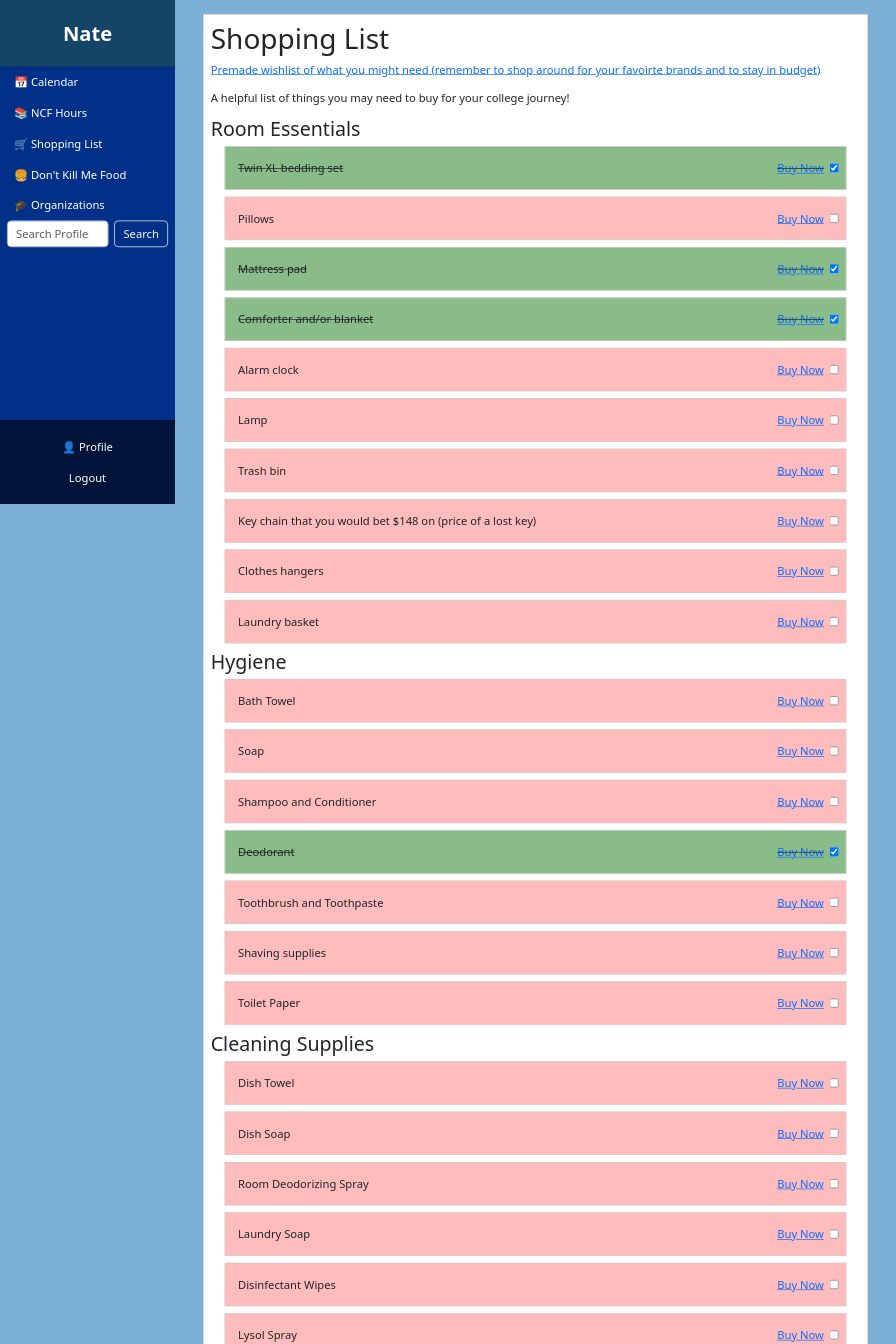
Repository: NateClarkTech/SoftwareEngineeringProject2
Page: http://localhost/shoppinglist/
An editor plug-in stored every save of this project. The page is shown before and after the next save, followed by the edit.
The browser window is 1280 px wide. The pictures show the part of the page from y = 0 to 1920 px (the page is 4171 px tall), at 70% of full size.
The page is served by the project's application, run on Django 5.2 (manage.py). The first stored user is signed in. Other server files are loaded and not shown. The page reads the database file committed with the project.

Above is the page before, as saved 2024-03-12 17:50:03.

### ShoppingList/templates/shoppinglist.html
{% extends 'base.html' %}

{% load static %}

{% block title %}Shopping List{% endblock %}

{% block extendHeader %}
<style>
    .item-box {
        border: 1px solid #ccc;
        padding: 10px;
        margin-bottom: 10px;
        margin-left: 20px;
        margin-right: 20px;
        background-color: white;
    }

    .checked {
        text-decoration: line-through;
        background-color: #8abc8a;
    }

    .not-checked {
        text-decoration: none;
        background-color: #ffbcbc;
    }
</style>
{% endblock %}

{% block content %}
<div class="align-items-center">
    {% if user.is_authenticated %}
    <div class="item-box">
        <h1>Shopping List</h1>
        <a href="https://www.amazon.com/hz/wishlist/ls/1MYC1SQ5AHTOC?ref_=wl_share" target="_blank">Premade wishlist of what you might need (remember to shop around for your favoirte brands and to stay in budget)</a>
        <p class="pt-3">A helpful list of things you may need to buy for your college journey!</p>

        {% for category in itemCategories %}
            <h3>{{ category }}</h3>
            {% for item in shoppingItems %}
                {% if item.category == category %}
                    <div class="item-box d-flex {% if item.checked %}checked{%else%}not-checked{% endif %}">
                        <label for="item-{{ forloop.counter }}" class="flex-grow-1 p-2">{{ item.name }}</label>
                        <a href="{{ item.url }}" target="_blank" class="p-2">Buy Now</a>
                        <input type="checkbox" id="item-{{ forloop.counter }}" class="p-2" {% if item.checked %}checked{% endif %}>
                    </div>
                {% endif %}
            {% endfor %}
        {% endfor %}
    </div>
    {% else %}
    <p>You are not logged in</p>
    {% endif %}
</div>
{% endblock %}

{% block scripts %}
    <script src={% static '/js/shoppinglist.js' %}></script>
{% endblock %}

### ShoppingList/models.py
from django.db import models
from django.contrib.auth.models import User

class ShoppingListCategory(models.Model):
    name = models.CharField(max_length=200)

    def __str__(self):
        return self.name

class ShoppingListItem(models.Model):
    user = models.ForeignKey(User, on_delete=models.CASCADE)
    name = models.CharField(max_length=200)
    category = models.ForeignKey(ShoppingListCategory, on_delete=models.CASCADE)
    url = models.URLField(max_length=200)
    checked = models.BooleanField(default=False)

    def __str__(self):
        return self.user.username + " - " + self.name

### Leaderboard/urls.py
from django.urls import path
from . import views
#https://www.reddit.com/r/django/comments/13hknj7/my_project_doesnt_recognize_the_urls_from_one_of/
urlpatterns = [
    path('', views.checklist, name='checklist'),
    path('checklist/', views.checklist, name='checklist'),
    path('update_checklist/', views.update_checklist, name='update_checklist'),
    path('reset-tasks', views.reset_tasks),
    path('leaderboard/', views.leaderboard_view, name='leaderboard'),

]

### Profile/urls.py

from django.urls import path
from . import views
from django.conf import settings
from django.conf.urls.static import static
from django.contrib.auth import views as auth_views
# Got a lot of help from herehttps://www.reddit.com/r/django/comments/hfh1qc/namespace_is_not_a_registered_namespace/
# https://forum.djangoproject.com/t/django-urls-exceptions-noreversematch-is-not-a-registered-namespace/1876/2
#https://forum.djangoproject.com/t/redirect-to-a-different-app/9086
# And GPT helped me fix everything

app_name = 'Profile'

urlpatterns = [

    path('profile/', views.profile, name='profile'),  # For the logged-in user's profile
    path('profile/<str:username>/', views.public_profile, name='public_profile'),  # For viewing other users' profiles
    path('search/', views.search_profiles, name='search_profiles'),

        # Login/logout stuff
    path('login/', auth_views.LoginView.as_view(template_name='registration/login.html'), name='login'),
    path('logout/', views.logout_view, name='logout'),
    path('register/', views.register, name='register'),


] + static(settings.MEDIA_URL, document_root=settings.MEDIA_ROOT)

### ShoppingList/urls.py
from django.urls import path
from . import views
from django.conf import settings
from django.conf.urls.static import static
from django.contrib.auth import views as auth_views

urlpatterns = [
    path('', views.shoppinglist, name='shoppinglist'),
    path('update_shoppinglist', views.update_shoppinglist, name='update_shoppinglist'),
]

### NovoTaskNinja/urls.py
from django.urls import path
from . import views
from django.conf import settings
from django.conf.urls.static import static
from django.contrib.auth import views as auth_views

urlpatterns = [

    # Backend-Heavy Pages
    path('dontkillmefood/', views.dontkillmefood, name='dontkillmefood'),

    # Frontend-Heavy Pages
    path('calendar', views.calendar, name='calendar'),
    path('ncfhours/', views.ncfhours, name='ncfhours'),
    path('', views.home, name='home'),


] + static(settings.MEDIA_URL, document_root=settings.MEDIA_ROOT)

### db.sqlite3 (the tables this page reads, as SQL)
CREATE TABLE "ShoppingList_shoppinglistcategory" ("id" integer NOT NULL PRIMARY KEY AUTOINCREMENT, "name" varchar(200) NOT NULL);
INSERT INTO "ShoppingList_shoppinglistcategory" VALUES
(1, 'Room Essentials'),
(2, 'Hygiene'),
(3, 'Cleaning Supplies'),
(4, 'Beach Supplies'),
(5, 'School Supplies'),
(6, 'Emergency Preparedness'),
(7, 'Other Items');

CREATE TABLE "ShoppingList_shoppinglistitem" ("id" integer NOT NULL PRIMARY KEY AUTOINCREMENT, "name" varchar(200) NOT NULL, "url" varchar(200) NOT NULL, "checked" bool NOT NULL, "user_id" integer NOT NULL REFERENCES "auth_user" ("id") DEFERRABLE INITIALLY DEFERRED, "category_id" bigint NOT NULL REFERENCES "ShoppingList_shoppinglistcategory" ("id") DEFERRABLE INITIALLY DEFERRED);
INSERT INTO "ShoppingList_shoppinglistitem" VALUES
(1, 'Twin XL bedding set', 'https://www.amazon.com/s?k=twin+xl+sheet+sets', 0, 3, 1),
(2, 'Pillows', 'https://www.amazon.com/s?k=bed+pillow', 0, 3, 1),
(3, 'Mattress pad', 'https://www.amazon.com/s?k=mattress+pad', 0, 3, 1),
(4, 'Comforter and/or blanket', 'https://www.amazon.com/s?k=comforter', 0, 3, 1),
(5, 'Alarm clock', 'https://www.amazon.com/s?k=alarm+clock', 0, 3, 1),
(6, 'Lamp', 'https://www.amazon.com/s?k=lamp', 0, 3, 1),
(7, 'Trash bin', 'https://www.amazon.com/s?k=trash+bin', 0, 3, 1),
(8, 'Key chain that you would bet $148 on (price of a lost key)', 'https://www.amazon.com/s?k=key+chain', 0, 3, 1),
(9, 'Clothes hangers', 'clothes hangers', 0, 3, 1),
(10, 'Laundry basket', 'https://www.amazon.com/s?k=laundry+basket', 0, 3, 1),
(11, 'Bath Towel', 'https://www.amazon.com/s?kbath+towel', 0, 3, 2),
(12, 'Soap', 'https://www.amazon.com/s?k=soap', 0, 3, 2),
(13, 'Shampoo and Conditioner', 'https://www.amazon.com/s?k=shampoo+and+conditioner', 0, 3, 2),
(14, 'Deodorant', 'https://www.amazon.com/s?k=deodorant', 0, 3, 2),
(15, 'Toothbrush and Toothpaste', 'https://www.amazon.com/s?k=toothbrush+and+toothpaste', 0, 3, 2),
(16, 'Shaving supplies', 'https://www.amazon.com/s?k=shaving+supplies', 0, 3, 2),
(17, 'Toilet Paper', 'https://www.amazon.com/s?k=toilet+paper', 0, 3, 2),
(18, 'Dish Towel', 'https://www.amazon.com/s?k=dish+towel', 0, 3, 3),
(19, 'Dish Soap', 'https://www.amazon.com/s?k=dish+soap', 0, 3, 3),
(20, 'Room Deodorizing Spray', 'https://www.amazon.com/s?k=room+deodorizing+spray', 0, 3, 3),
(21, 'Laundry Soap', 'https://www.amazon.com/s?k=laundry+soap', 0, 3, 3),
(22, 'Disinfectant Wipes', 'https://www.amazon.com/s?k=disinfectant+wipes', 0, 3, 3),
(23, 'Lysol Spray', 'https://www.amazon.com/s?k=lysol+spray', 0, 3, 3),
(24, 'Swimsuit', 'https://www.amazon.com/s?k=swimsuit', 0, 3, 4),
(25, 'Beach Towel', 'https://www.amazon.com/s?k=beach+towel', 0, 3, 4),
(26, 'Sunscreen', 'https://www.amazon.com/s?k=sunscreen', 0, 3, 4),
(27, 'Refillable Water Bottle', 'https://www.amazon.com/s?k=refillable+water+bottle', 0, 3, 4),
(28, 'Personal Computer', 'https://www.amazon.com/s?k=personal+computer', 0, 3, 5),
(29, 'Printer', 'https://www.amazon.com/s?k=printer', 0, 3, 5),
(30, 'Printer Paper', 'https://www.amazon.com/s?k=printer+paper', 0, 3, 5),
(31, 'Ethernet Cable', 'https://www.amazon.com/s?k=ethernet+cable', 0, 3, 5),
(32, 'Flash Drive', 'https://www.amazon.com/s?k=flash+drive', 0, 3, 5),
(33, 'Notebooks', 'https://www.amazon.com/s?k=notebooks', 0, 3, 5),
(34, 'Laptop Lock', 'https://www.amazon.com/s?k=laptop+lock', 0, 3, 5),
(35, 'Office Supplies (Poster Putty, Stapler, Push Pins, Pen/Pencils, Envelopes and Stamps)', 'https://www.amazon.com/s?k=office+supplies', 0, 3, 5),
(36, 'Desk Lamp', 'https://www.amazon.com/s?k=desk+lamp', 0, 3, 5),
(37, 'Power Strip with Surge Protector', 'https://www.amazon.com/s?k=power+strip+with+surge+protector', 0, 3, 5),
(38, 'Multi-port USB Charger', 'https://www.amazon.com/s?k=multi-port+usb+charger', 0, 3, 5),
(39, 'Headset', 'https://www.amazon.com/s?k=headset', 0, 3, 5),
(40, 'Flashlight', 'https://www.amazon.com/s?k=flashlight', 0, 3, 6),
(41, 'Batteries', 'https://www.amazon.com/s?k=batteries', 0, 3, 6),
(42, 'First-aid Kit', 'https://www.amazon.com/s?k=first-aid+kit', 0, 3, 6),
(43, 'Fan', 'https://www.amazon.com/s?k=fan', 0, 3, 7),
(44, 'Umbrella', 'https://www.amazon.com/s?k=umbrella', 0, 3, 7),
(45, 'Ear Plugs', 'https://www.amazon.com/s?k=ear+plugs', 0, 3, 7),
(46, 'Small Sewing Kit', 'https://www.amazon.com/s?k=sewing+kit', 0, 3, 7),
(47, 'Small Tool Kit', 'https://www.amazon.com/s?k=tool+kit', 0, 3, 7),
(48, 'Storage Bins', 'https://www.amazon.com/s?k=storage+bins', 0, 3, 7),
(49, 'Dishes and Utensils', 'https://www.amazon.com/s?k=dishes+and+utensils', 0, 3, 7),
(50, 'Camera', 'https://www.amazon.com/s?k=camera', 0, 3, 7),
(51, 'Can Opener', 'https://www.amazon.com/s?k=can+opener', 0, 3, 7),
(52, 'Twin XL bedding set', 'https://www.amazon.com/s?k=twin+xl+sheet+sets', 0, 4, 1),
(53, 'Pillows', 'https://www.amazon.com/s?k=bed+pillow', 0, 4, 1),
(54, 'Mattress pad', 'https://www.amazon.com/s?k=mattress+pad', 0, 4, 1),
(55, 'Comforter and/or blanket', 'https://www.amazon.com/s?k=comforter', 0, 4, 1),
(56, 'Alarm clock', 'https://www.amazon.com/s?k=alarm+clock', 0, 4, 1),
(57, 'Lamp', 'https://www.amazon.com/s?k=lamp', 0, 4, 1),
(58, 'Trash bin', 'https://www.amazon.com/s?k=trash+bin', 0, 4, 1),
(59, 'Key chain that you would bet $148 on (price of a lost key)', 'https://www.amazon.com/s?k=key+chain', 0, 4, 1),
(60, 'Clothes hangers', 'clothes hangers', 0, 4, 1),
(61, 'Laundry basket', 'https://www.amazon.com/s?k=laundry+basket', 0, 4, 1),
(62, 'Bath Towel', 'https://www.amazon.com/s?kbath+towel', 0, 4, 2),
(63, 'Soap', 'https://www.amazon.com/s?k=soap', 0, 4, 2),
(64, 'Shampoo and Conditioner', 'https://www.amazon.com/s?k=shampoo+and+conditioner', 0, 4, 2),
(65, 'Deodorant', 'https://www.amazon.com/s?k=deodorant', 0, 4, 2),
(66, 'Toothbrush and Toothpaste', 'https://www.amazon.com/s?k=toothbrush+and+toothpaste', 0, 4, 2),
(67, 'Shaving supplies', 'https://www.amazon.com/s?k=shaving+supplies', 0, 4, 2),
(68, 'Toilet Paper', 'https://www.amazon.com/s?k=toilet+paper', 0, 4, 2),
(69, 'Dish Towel', 'https://www.amazon.com/s?k=dish+towel', 0, 4, 3),
(70, 'Dish Soap', 'https://www.amazon.com/s?k=dish+soap', 0, 4, 3),
(71, 'Room Deodorizing Spray', 'https://www.amazon.com/s?k=room+deodorizing+spray', 0, 4, 3),
(72, 'Laundry Soap', 'https://www.amazon.com/s?k=laundry+soap', 0, 4, 3),
(73, 'Disinfectant Wipes', 'https://www.amazon.com/s?k=disinfectant+wipes', 0, 4, 3),
(74, 'Lysol Spray', 'https://www.amazon.com/s?k=lysol+spray', 0, 4, 3),
(75, 'Swimsuit', 'https://www.amazon.com/s?k=swimsuit', 0, 4, 4),
(76, 'Beach Towel', 'https://www.amazon.com/s?k=beach+towel', 0, 4, 4),
(77, 'Sunscreen', 'https://www.amazon.com/s?k=sunscreen', 0, 4, 4),
(78, 'Refillable Water Bottle', 'https://www.amazon.com/s?k=refillable+water+bottle', 0, 4, 4),
(79, 'Personal Computer', 'https://www.amazon.com/s?k=personal+computer', 0, 4, 5),
(80, 'Printer', 'https://www.amazon.com/s?k=printer', 0, 4, 5),
(81, 'Printer Paper', 'https://www.amazon.com/s?k=printer+paper', 0, 4, 5),
(82, 'Ethernet Cable', 'https://www.amazon.com/s?k=ethernet+cable', 0, 4, 5),
(83, 'Flash Drive', 'https://www.amazon.com/s?k=flash+drive', 0, 4, 5),
(84, 'Notebooks', 'https://www.amazon.com/s?k=notebooks', 0, 4, 5),
(85, 'Laptop Lock', 'https://www.amazon.com/s?k=laptop+lock', 0, 4, 5),
(86, 'Office Supplies (Poster Putty, Stapler, Push Pins, Pen/Pencils, Envelopes and Stamps)', 'https://www.amazon.com/s?k=office+supplies', 0, 4, 5),
(87, 'Desk Lamp', 'https://www.amazon.com/s?k=desk+lamp', 0, 4, 5),
(88, 'Power Strip with Surge Protector', 'https://www.amazon.com/s?k=power+strip+with+surge+protector', 0, 4, 5),
(89, 'Multi-port USB Charger', 'https://www.amazon.com/s?k=multi-port+usb+charger', 0, 4, 5),
(90, 'Headset', 'https://www.amazon.com/s?k=headset', 0, 4, 5),
(91, 'Flashlight', 'https://www.amazon.com/s?k=flashlight', 0, 4, 6),
(92, 'Batteries', 'https://www.amazon.com/s?k=batteries', 0, 4, 6),
(93, 'First-aid Kit', 'https://www.amazon.com/s?k=first-aid+kit', 0, 4, 6),
(94, 'Fan', 'https://www.amazon.com/s?k=fan', 0, 4, 7),
(95, 'Umbrella', 'https://www.amazon.com/s?k=umbrella', 0, 4, 7),
(96, 'Ear Plugs', 'https://www.amazon.com/s?k=ear+plugs', 0, 4, 7),
(97, 'Small Sewing Kit', 'https://www.amazon.com/s?k=sewing+kit', 0, 4, 7),
(98, 'Small Tool Kit', 'https://www.amazon.com/s?k=tool+kit', 0, 4, 7),
(99, 'Storage Bins', 'https://www.amazon.com/s?k=storage+bins', 0, 4, 7),
(100, 'Dishes and Utensils', 'https://www.amazon.com/s?k=dishes+and+utensils', 0, 4, 7),
(101, 'Camera', 'https://www.amazon.com/s?k=camera', 0, 4, 7),
(102, 'Can Opener', 'https://www.amazon.com/s?k=can+opener', 0, 4, 7),
(103, 'Twin XL bedding set', 'https://www.amazon.com/s?k=twin+xl+sheet+sets', 0, 2, 1),
(104, 'Pillows', 'https://www.amazon.com/s?k=bed+pillow', 0, 2, 1),
(105, 'Mattress pad', 'https://www.amazon.com/s?k=mattress+pad', 0, 2, 1),
(106, 'Comforter and/or blanket', 'https://www.amazon.com/s?k=comforter', 0, 2, 1),
(107, 'Alarm clock', 'https://www.amazon.com/s?k=alarm+clock', 0, 2, 1),
(108, 'Lamp', 'https://www.amazon.com/s?k=lamp', 0, 2, 1),
(109, 'Trash bin', 'https://www.amazon.com/s?k=trash+bin', 0, 2, 1),
(110, 'Key chain that you would bet $148 on (price of a lost key)', 'https://www.amazon.com/s?k=key+chain', 0, 2, 1),
(111, 'Clothes hangers', 'https://www.amazon.com/s?k=clothes+hangers', 0, 2, 1),
(112, 'Laundry basket', 'https://www.amazon.com/s?k=laundry+basket', 0, 2, 1),
(113, 'Bath Towel', 'https://www.amazon.com/s?k=bath+towels', 0, 2, 2),
(114, 'Soap', 'https://www.amazon.com/s?k=soap', 0, 2, 2),
(115, 'Shampoo and Conditioner', 'https://www.amazon.com/s?k=shampoo+and+conditioner', 0, 2, 2),
(116, 'Deodorant', 'https://www.amazon.com/s?k=deodorant', 0, 2, 2),
(117, 'Toothbrush and Toothpaste', 'https://www.amazon.com/s?k=toothbrush+and+toothpaste', 0, 2, 2),
(118, 'Shaving supplies', 'https://www.amazon.com/s?k=shaving+supplies', 0, 2, 2),
(119, 'Toilet Paper', 'https://www.amazon.com/s?k=toilet+paper', 0, 2, 2),
(120, 'Dish Towel', 'https://www.amazon.com/s?k=dish+towel', 0, 2, 3),
(121, 'Dish Soap', 'https://www.amazon.com/s?k=dish+soap', 0, 2, 3),
(122, 'Room Deodorizing Spray', 'https://www.amazon.com/s?k=room+deodorizing+spray', 0, 2, 3),
(123, 'Laundry Soap', 'https://www.amazon.com/s?k=laundry+soap', 0, 2, 3),
(124, 'Disinfectant Wipes', 'https://www.amazon.com/s?k=disinfectant+wipes', 0, 2, 3),
(125, 'Lysol Spray', 'https://www.amazon.com/s?k=lysol+spray', 0, 2, 3),
(126, 'Swimsuit', 'https://www.amazon.com/s?k=swimsuit', 0, 2, 4),
(127, 'Beach Towel', 'https://www.amazon.com/s?k=beach+towel', 0, 2, 4),
(128, 'Sunscreen', 'https://www.amazon.com/s?k=sunscreen', 0, 2, 4),
(129, 'Refillable Water Bottle', 'https://www.amazon.com/s?k=refillable+water+bottle', 0, 2, 4),
(130, 'Personal Computer', 'https://www.amazon.com/s?k=personal+computer', 0, 2, 5),
(131, 'Printer', 'https://www.amazon.com/s?k=printer', 0, 2, 5),
(132, 'Printer Paper', 'https://www.amazon.com/s?k=printer+paper', 0, 2, 5),
(133, 'Ethernet Cable', 'https://www.amazon.com/s?k=ethernet+cable', 0, 2, 5),
(134, 'Flash Drive', 'https://www.amazon.com/s?k=flash+drive', 0, 2, 5),
(135, 'Notebooks', 'https://www.amazon.com/s?k=notebooks', 0, 2, 5),
(136, 'Laptop Lock', 'https://www.amazon.com/s?k=laptop+lock', 0, 2, 5),
(137, 'Office Supplies (Poster Putty, Stapler, Push Pins, Pen/Pencils, Envelopes and Stamps)', 'https://www.amazon.com/s?k=office+supplies', 0, 2, 5),
(138, 'Desk Lamp', 'https://www.amazon.com/s?k=desk+lamp', 0, 2, 5),
(139, 'Power Strip with Surge Protector', 'https://www.amazon.com/s?k=power+strip+with+surge+protector', 0, 2, 5),
(140, 'Multi-port USB Charger', 'https://www.amazon.com/s?k=multi-port+usb+charger', 0, 2, 5),
(141, 'Headset', 'https://www.amazon.com/s?k=headset', 0, 2, 5),
(142, 'Flashlight', 'https://www.amazon.com/s?k=flashlight', 0, 2, 6),
(143, 'Batteries', 'https://www.amazon.com/s?k=batteries', 0, 2, 6),
(144, 'First-aid Kit', 'https://www.amazon.com/s?k=first-aid+kit', 0, 2, 6),
(145, 'Fan', 'https://www.amazon.com/s?k=fan', 0, 2, 7),
(146, 'Umbrella', 'https://www.amazon.com/s?k=umbrella', 0, 2, 7),
(147, 'Ear Plugs', 'https://www.amazon.com/s?k=ear+plugs', 0, 2, 7),
(148, 'Small Sewing Kit', 'https://www.amazon.com/s?k=sewing+kit', 0, 2, 7),
(149, 'Small Tool Kit', 'https://www.amazon.com/s?k=tool+kit', 0, 2, 7),
(150, 'Storage Bins', 'https://www.amazon.com/s?k=storage+bins', 0, 2, 7),
(151, 'Dishes and Utensils', 'https://www.amazon.com/s?k=dishes+and+utensils', 0, 2, 7),
(152, 'Camera', 'https://www.amazon.com/s?k=camera', 0, 2, 7),
(153, 'Can Opener', 'https://www.amazon.com/s?k=can+opener', 0, 2, 7),
(154, 'Twin XL bedding set', 'https://www.amazon.com/s?k=twin+xl+sheet+sets', 1, 1, 1),
(155, 'Pillows', 'https://www.amazon.com/s?k=bed+pillow', 0, 1, 1),
(156, 'Mattress pad', 'https://www.amazon.com/s?k=mattress+pad', 1, 1, 1),
(157, 'Comforter and/or blanket', 'https://www.amazon.com/s?k=comforter', 1, 1, 1),
(158, 'Alarm clock', 'https://www.amazon.com/s?k=alarm+clock', 0, 1, 1),
(159, 'Lamp', 'https://www.amazon.com/s?k=lamp', 0, 1, 1),
(160, 'Trash bin', 'https://www.amazon.com/s?k=trash+bin', 0, 1, 1),
(161, 'Key chain that you would bet $148 on (price of a lost key)', 'https://www.amazon.com/s?k=key+chain', 0, 1, 1),
(162, 'Clothes hangers', 'https://www.amazon.com/s?k=clothes+hangers', 0, 1, 1),
(163, 'Laundry basket', 'https://www.amazon.com/s?k=laundry+basket', 0, 1, 1),
(164, 'Bath Towel', 'https://www.amazon.com/s?k=bath+towels', 0, 1, 2),
(165, 'Soap', 'https://www.amazon.com/s?k=soap', 0, 1, 2),
(166, 'Shampoo and Conditioner', 'https://www.amazon.com/s?k=shampoo+and+conditioner', 0, 1, 2),
(167, 'Deodorant', 'https://www.amazon.com/s?k=deodorant', 1, 1, 2),
(168, 'Toothbrush and Toothpaste', 'https://www.amazon.com/s?k=toothbrush+and+toothpaste', 0, 1, 2),
(169, 'Shaving supplies', 'https://www.amazon.com/s?k=shaving+supplies', 0, 1, 2),
(170, 'Toilet Paper', 'https://www.amazon.com/s?k=toilet+paper', 0, 1, 2),
(171, 'Dish Towel', 'https://www.amazon.com/s?k=dish+towel', 0, 1, 3),
(172, 'Dish Soap', 'https://www.amazon.com/s?k=dish+soap', 0, 1, 3),
(173, 'Room Deodorizing Spray', 'https://www.amazon.com/s?k=room+deodorizing+spray', 0, 1, 3),
(174, 'Laundry Soap', 'https://www.amazon.com/s?k=laundry+soap', 0, 1, 3),
(175, 'Disinfectant Wipes', 'https://www.amazon.com/s?k=disinfectant+wipes', 0, 1, 3),
(176, 'Lysol Spray', 'https://www.amazon.com/s?k=lysol+spray', 0, 1, 3),
(177, 'Swimsuit', 'https://www.amazon.com/s?k=swimsuit', 0, 1, 4),
(178, 'Beach Towel', 'https://www.amazon.com/s?k=beach+towel', 0, 1, 4),
(179, 'Sunscreen', 'https://www.amazon.com/s?k=sunscreen', 0, 1, 4),
(180, 'Refillable Water Bottle', 'https://www.amazon.com/s?k=refillable+water+bottle', 0, 1, 4),
(181, 'Personal Computer', 'https://www.amazon.com/s?k=personal+computer', 0, 1, 5),
(182, 'Printer', 'https://www.amazon.com/s?k=printer', 0, 1, 5),
(183, 'Printer Paper', 'https://www.amazon.com/s?k=printer+paper', 0, 1, 5),
(184, 'Ethernet Cable', 'https://www.amazon.com/s?k=ethernet+cable', 0, 1, 5),
(185, 'Flash Drive', 'https://www.amazon.com/s?k=flash+drive', 0, 1, 5),
(186, 'Notebooks', 'https://www.amazon.com/s?k=notebooks', 0, 1, 5),
(187, 'Laptop Lock', 'https://www.amazon.com/s?k=laptop+lock', 0, 1, 5),
(188, 'Office Supplies (Poster Putty, Stapler, Push Pins, Pen/Pencils, Envelopes and Stamps)', 'https://www.amazon.com/s?k=office+supplies', 0, 1, 5),
(189, 'Desk Lamp', 'https://www.amazon.com/s?k=desk+lamp', 0, 1, 5),
(190, 'Power Strip with Surge Protector', 'https://www.amazon.com/s?k=power+strip+with+surge+protector', 0, 1, 5),
(191, 'Multi-port USB Charger', 'https://www.amazon.com/s?k=multi-port+usb+charger', 0, 1, 5),
(192, 'Headset', 'https://www.amazon.com/s?k=headset', 0, 1, 5),
(193, 'Flashlight', 'https://www.amazon.com/s?k=flashlight', 0, 1, 6),
(194, 'Batteries', 'https://www.amazon.com/s?k=batteries', 0, 1, 6),
(195, 'First-aid Kit', 'https://www.amazon.com/s?k=first-aid+kit', 0, 1, 6),
(196, 'Fan', 'https://www.amazon.com/s?k=fan', 0, 1, 7),
(197, 'Umbrella', 'https://www.amazon.com/s?k=umbrella', 0, 1, 7),
(198, 'Ear Plugs', 'https://www.amazon.com/s?k=ear+plugs', 0, 1, 7),
(199, 'Small Sewing Kit', 'https://www.amazon.com/s?k=sewing+kit', 0, 1, 7),
(200, 'Small Tool Kit', 'https://www.amazon.com/s?k=tool+kit', 0, 1, 7),
(201, 'Storage Bins', 'https://www.amazon.com/s?k=storage+bins', 0, 1, 7),
(202, 'Dishes and Utensils', 'https://www.amazon.com/s?k=dishes+and+utensils', 0, 1, 7),
(203, 'Camera', 'https://www.amazon.com/s?k=camera', 0, 1, 7),
(204, 'Can Opener', 'https://www.amazon.com/s?k=can+opener', 0, 1, 7);

CREATE TABLE "auth_user" ("id" integer NOT NULL PRIMARY KEY AUTOINCREMENT, "password" varchar(128) NOT NULL, "last_login" datetime NULL, "is_superuser" bool NOT NULL, "username" varchar(150) NOT NULL UNIQUE, "last_name" varchar(150) NOT NULL, "email" varchar(254) NOT NULL, "is_staff" bool NOT NULL, "is_active" bool NOT NULL, "date_joined" datetime NOT NULL, "first_name" varchar(150) NOT NULL);
INSERT INTO "auth_user" VALUES
(1, 'pbkdf2_sha256$720000$voXDfFPGW35Vj4HBNrXH6O$81VbTivkDmHTHyrO0enerEqBO5Y1jna5vWEizOy2neM=', '2024-03-12 19:50:57.516190', 0, 'Nate', '', '', 0, 1, '2024-03-10 17:59:04.381654', ''),
(2, 'pbkdf2_sha256$720000$6xx2oJHi4sTw9UGfKxI1Vr$hTFa86Txj4tm4MMlh+gyYzNVMNkcrilSLcoieOe8rZ0=', '2024-03-12 19:31:30.492896', 1, 'admin', '', '', 1, 1, '2024-03-10 17:59:37.223655', ''),
(3, 'pbkdf2_sha256$720000$CYfsySN9KJ3kKCFa7FcOyu$1SpWWJdIaEb00rFZobW7XtaDRaXiSxJRIjAVbF6ooGU=', '2024-03-12 15:52:11.849871', 0, 'NotNate', '', '', 0, 1, '2024-03-10 21:43:19.463536', ''),
(4, 'pbkdf2_sha256$720000$yQsW3wlpSp5GMrkLKbaAMK$XEmvrkUnHV2qiy/8O9pIhwGZvYNqFGRgejnn5yn4QFM=', '2024-03-11 00:26:01.990320', 0, 'Username', '', '', 0, 1, '2024-03-11 00:26:01.476318', '');

Loaded but not shown: ShoppingList/static/js/shoppinglist.js (57 lines, source omitted); NovoTaskNinja/templates/navbar.html (248 lines, source omitted); ShoppingList/views.py (113 lines, source omitted); static/css/base/base.css (123 lines, source omitted); NovoTaskNinja/templates/base.html (49 lines, source omitted); SEProject2/urls.py (30 lines, source omitted)

After the next save:
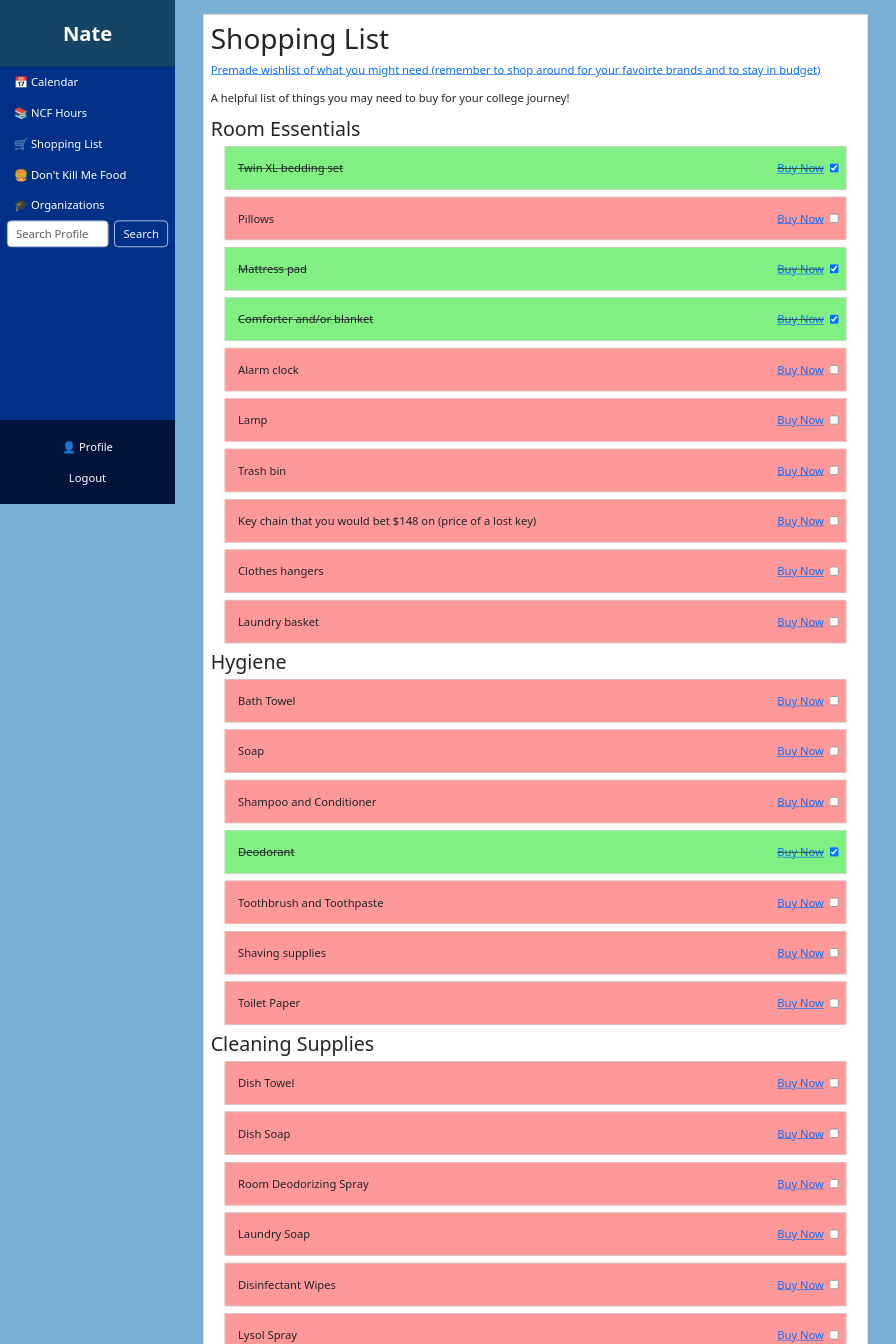
Saved 19 s later.
--- a/ShoppingList/templates/shoppinglist.html
+++ b/ShoppingList/templates/shoppinglist.html
@@ -17,12 +17,12 @@
 
     .checked {
         text-decoration: line-through;
-        background-color: #8abc8a;
+        background-color: #81ef81;
     }
 
     .not-checked {
         text-decoration: none;
-        background-color: #ffbcbc;
+        background-color: #ff9999;
     }
 </style>
 {% endblock %}
